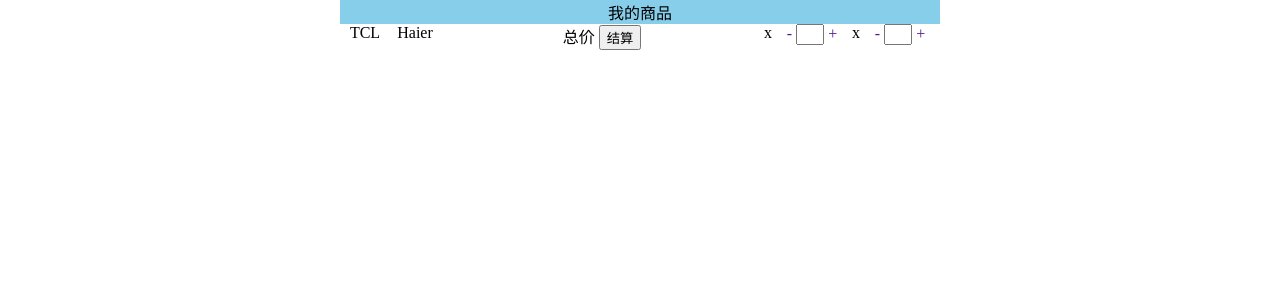
Repository: R1Deemo/Vue
Page: 10购物车.html
The author's editor kept a copy of each file at every save. The page is drawn from the files as they stood at one save, then again after the next save.
The browser window is 1280 px wide. The pictures show the whole page.

Above is the page before, as saved 2022-11-14 15:28:16.

### 10购物车.html
<!DOCTYPE html>
<html lang="en">

<head>
    <meta charset="UTF-8">
    <meta http-equiv="X-UA-Compatible" content="IE=edge">
    <meta name="viewport" content="width=device-width, initial-scale=1.0">
    <title>Document</title>
    <link rel="stylesheet" href="/css/购物车.css">
</head>

<body>
    <div id="app">
        <div class="container">
            <my-cart></my-cart>
        </div>
    </div>
    <script src="https://cdn.jsdelivr.net/npm/vue/dist/vue.js"></script>
    <script>
        var CartTitle = {
            template: `<div class="title">我的商品</div>`
        }
        var CartList = {
            template: `
            <div id='main'>
                <div class='item'>
                    <div class="name">TCL</div>
                    <div class="change">
                        <a href="">-</a>
                        <input type='text' class='num'/>
                        <a href="">+</a>
                    </div>
                    <div class='del'>x</div>
                </div>
                <div class='item'>
                    <div class="name">Haier</div>
                    <div class="change">
                        <a href="">-</a>
                        <input type='text' class='num'/>
                        <a href="">+</a>
                    </div>
                    <div class='del'>x</div>
                </div>
            </div>`

        }
        var CartTotal = {
            template: ` <div class="total">
                    <span>总价</span>
                    <button>结算</button>
                </div>`
        }
        Vue.component('my-cart', {
            template: `
            <div  class="cart">
                <cart-title></cart-title>
                <cart-list></cart-list>
                <cart-total></cart-total>
                </div>
            `,
            components: {
                'cart-title': CartTitle,
                'cart-list': CartList,
                'cart-total': CartTotal,

            }
        })
        var vm = new Vue({
            el: '#app',
            data: {

            }
        })
    </script>
</body>

</html>

### css/购物车.css
body,
html {
    margin: 0;
    padding: 0;
}

.title {
    background-color: skyblue;
}

.container {
    margin: 0 auto;
    text-align: center;
}

.change {
    float: right;
    width: 80px;
}

.del {
    float: right;
}

a {
    text-decoration: none;
}

.num {
    width: 20px;
}

.name {
    float: left;
    width: 50px;
}

.cart {
    width: 600px;
    height: 200px;
    margin: 0 auto;
}

.item {
    width: 100%;
}

After the next save:
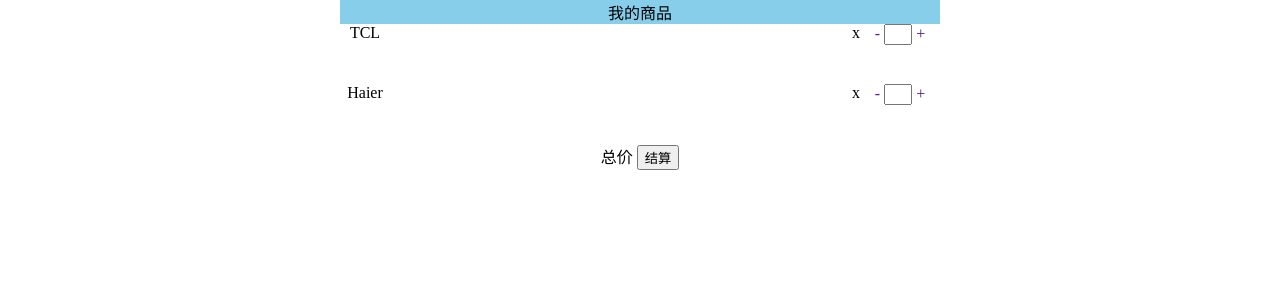
Saved 55 s later.
--- a/css/购物车.css
+++ b/css/购物车.css
@@ -42,5 +42,5 @@
 }
 
 .item {
-    width: 100%;
+    height: 60px;
 }
